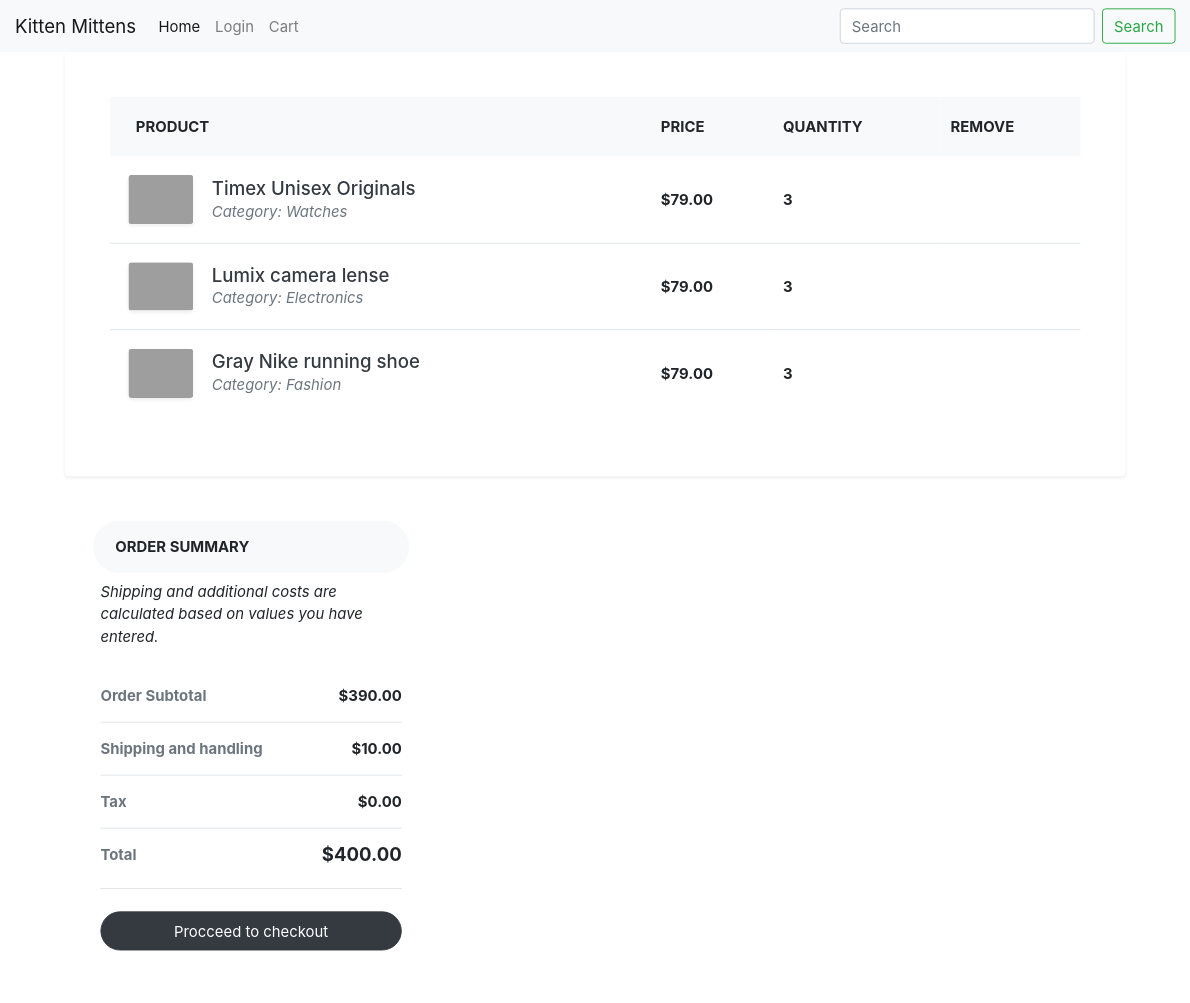
Repository: Janellle/KittenMittens
Page: http://localhost/cart
The author's editor kept a record of every edit. The page is drawn from the files as they stood at one moment, then again after the next edit.
The browser window is 1280 px wide. The pictures show the whole page, at 93% of full size.
Pictures or frames that could not be fetched are drawn as grey boxes. The page is served by the project's Node server (app.js).

Above is the page before.

After the next edit:
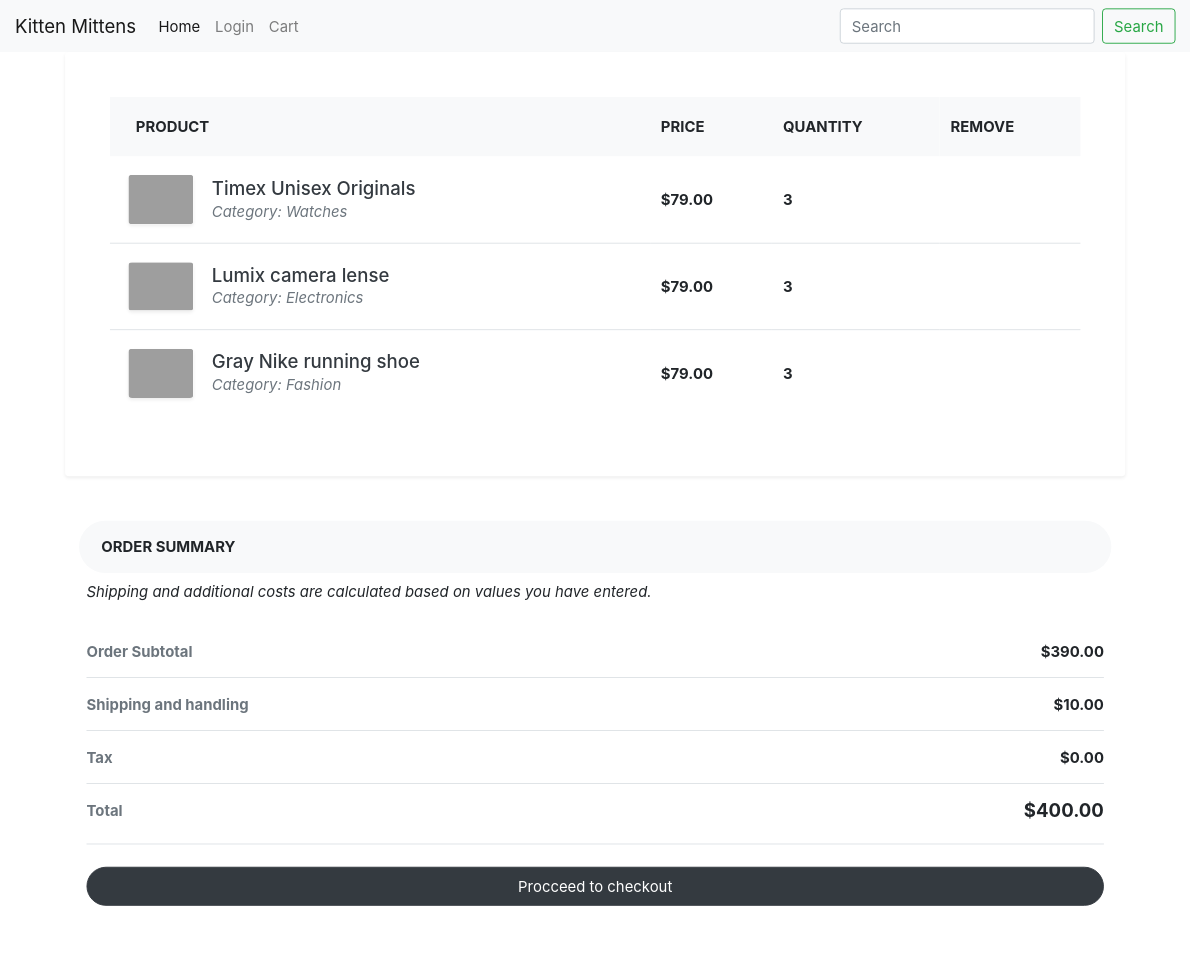
The edit:
--- a/views/cart.ejs
+++ b/views/cart.ejs
@@ -106,7 +106,7 @@
       </div>
       <div class="col-lg-offset-*">
         </div>
-        <div class="col-lg-4">
+        <div class="col-lg-offest-*">
           <div class="bg-light rounded-pill px-4 py-3 text-uppercase font-weight-bold">Order summary </div>
           <div class="p-2">
             <p class="font-italic mb-4">Shipping and additional costs are calculated based on values you have entered.</p>
